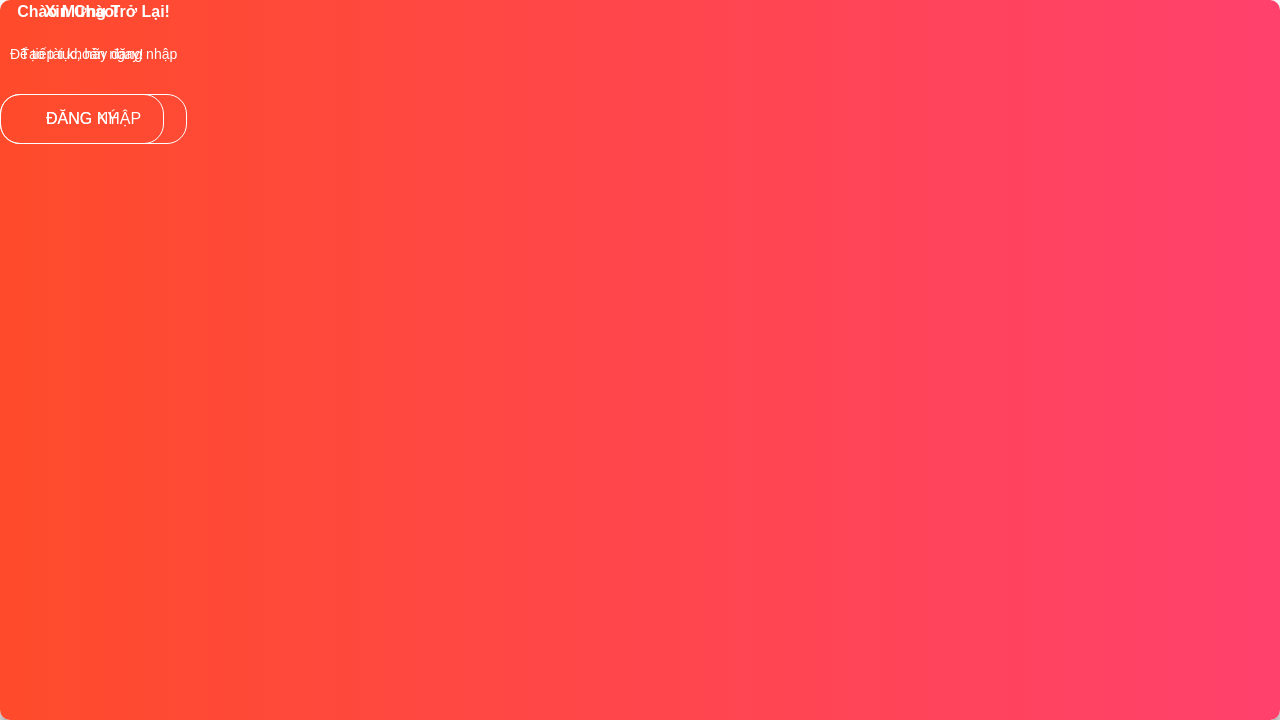
Repository: BlackWolf2002/project_airbn_react
Page: /, after clicking the first element matching `div.overlay-right > button`
An editor plug-in stored every save of this project. The page is shown before and after the next save, followed by the edit.
The browser window is 1280 px wide. The pictures show the whole page.
The project was rebuilt for these pictures with package versions that can differ from the ones it lists, and the page was loaded fresh each time. Also part of the build but not shown: vite.config.js.

Above is the page before, as saved 2025-02-04 23:41:03.

After the next save:
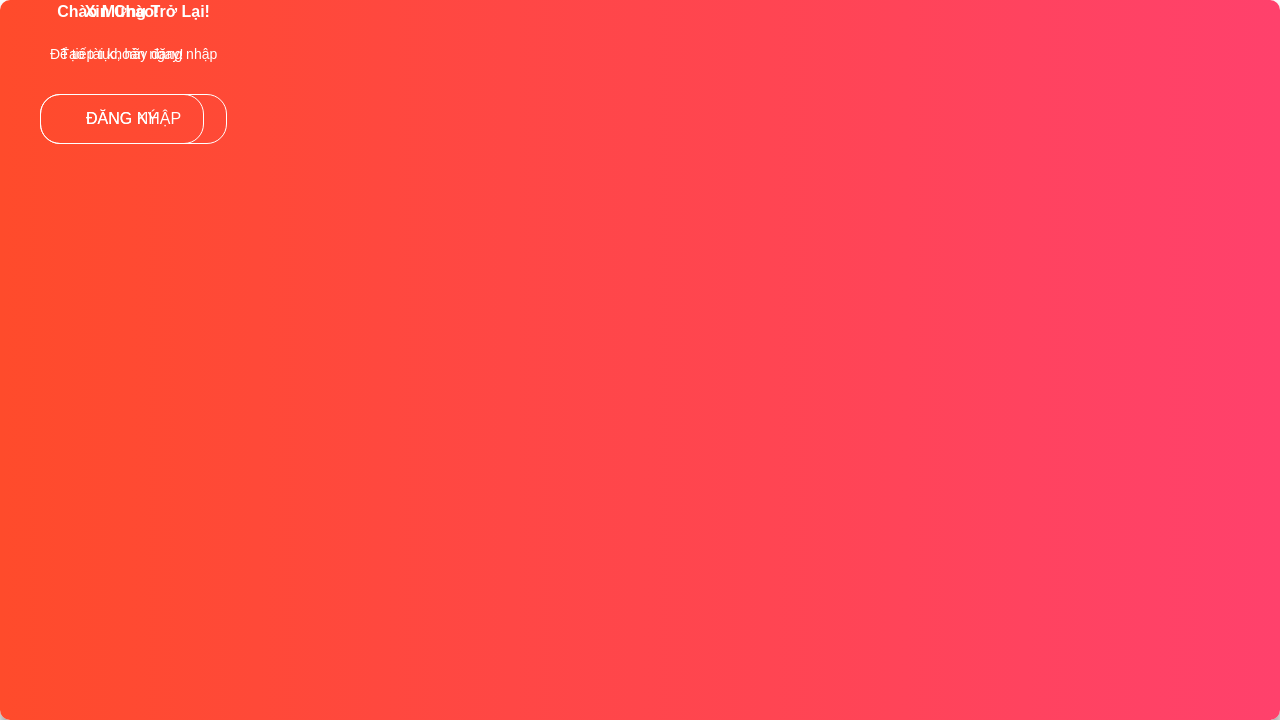
Saved 12 s later.
--- a/src/style/Login.css
+++ b/src/style/Login.css
@@ -94,4 +94,5 @@
     align-items: center;
     justify-content: center;
     flex-direction: column;
+    padding: 0 40px;
 }
